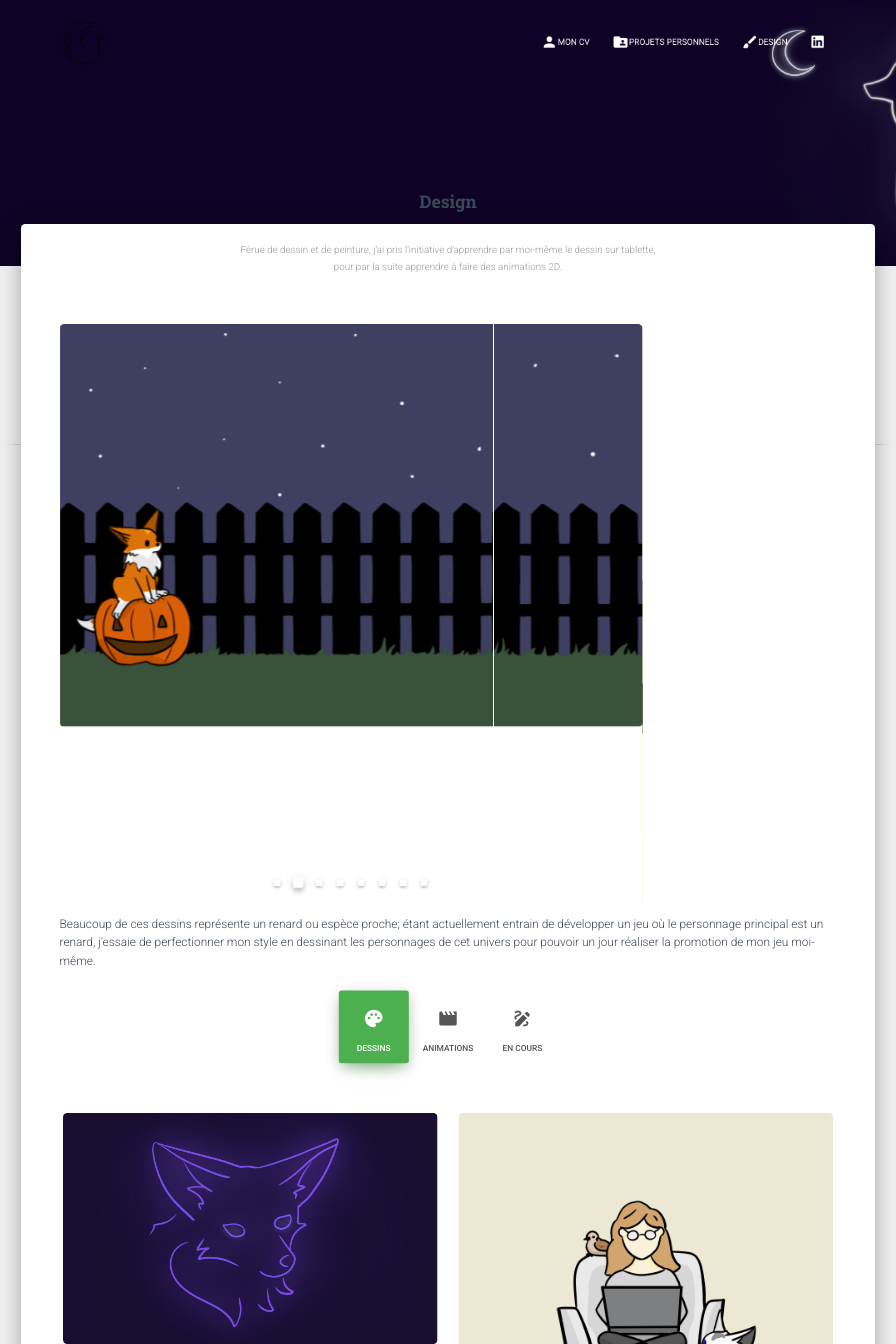
Repository: sdeschaepmeester/NewPortfolio
Page: /#/design
These files come from the project's save history. The page is drawn as it stood at one moment and after the next save; the edit follows.
The browser window is 1280 px wide. The pictures show the part of the page from y = 0 to 1920 px (the page is 3566 px tall), at 70% of full size.
Some web libraries are served in a nearby version. The project was rebuilt for these pictures with package versions that can differ from the ones it lists, and the page was loaded fresh each time. Also part of the build but not shown: vue.config.js, src/views/components/APropos.vue, src/views/components/NavigationSection.vue, src/views/components/SmallNavigationSection.vue, src/components/Dropdown.vue, src/components/Pagination.vue, src/components/Slider.vue, src/components/Badge.vue and 13 more.

Above is the page before, as saved 2022-07-08 16:04:26.

After the next save:
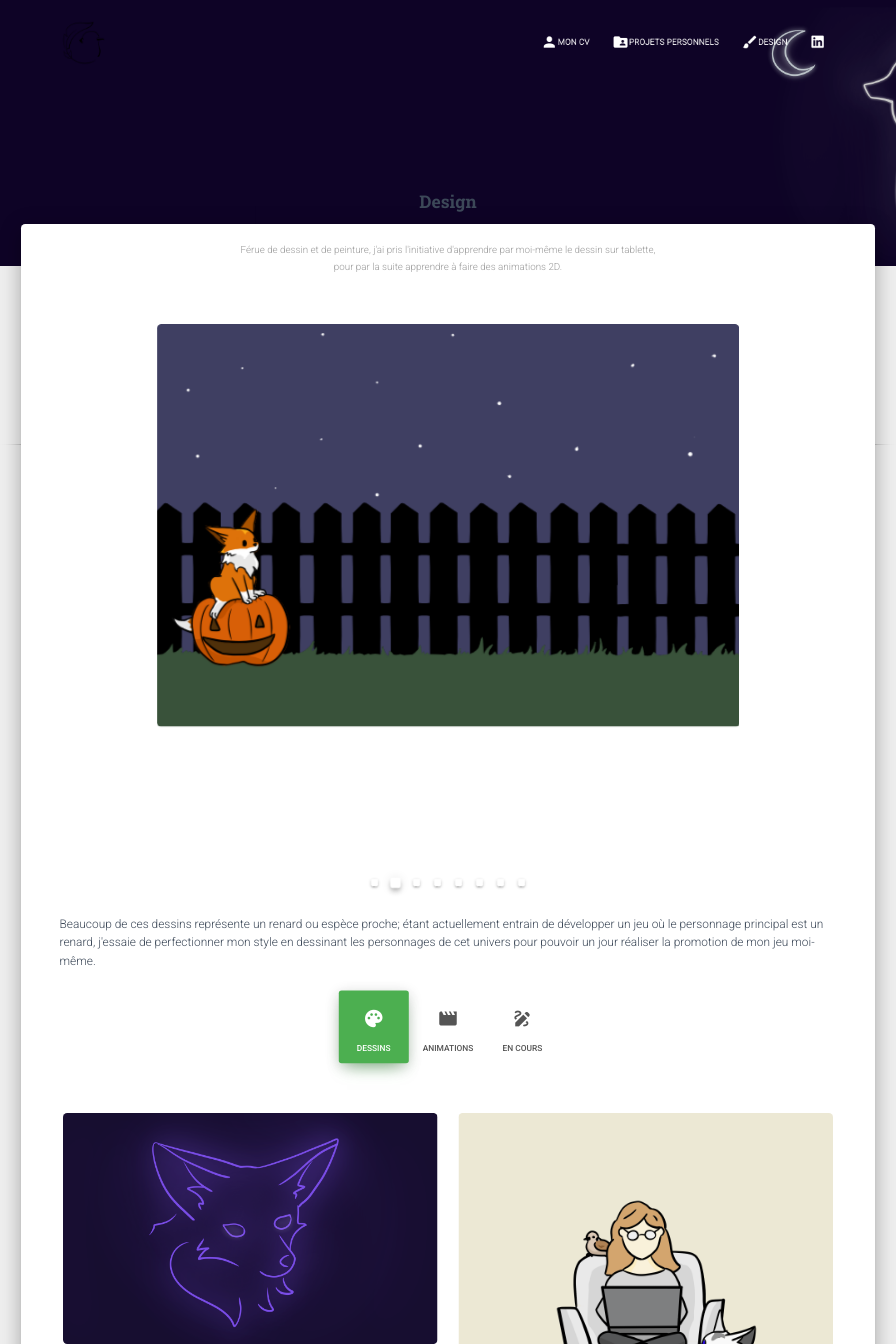
Saved 12 s later.
--- a/src/views/Design.vue
+++ b/src/views/Design.vue
@@ -24,7 +24,7 @@
             </p>
           </div>
           <div class="profile-tabs">
-            <div style="width: 75%; align: center">
+            <div style="width: 75%; margin: auto">
             <carousel
               :per-page="1"
               loop
